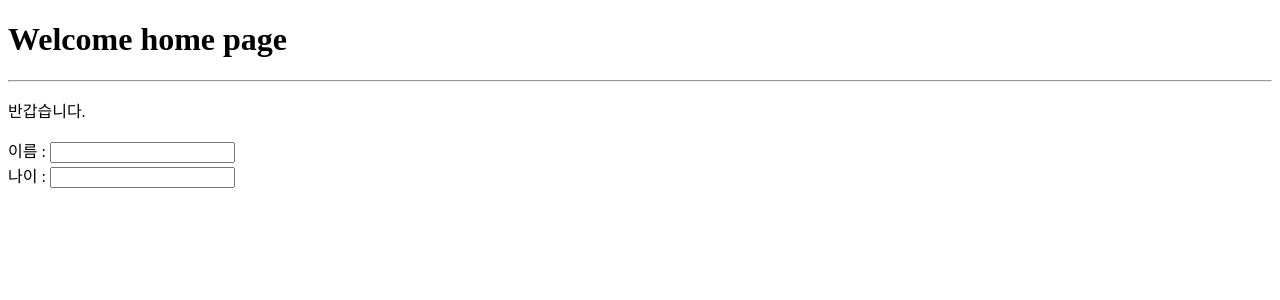
Repository: Cyoungju/workspace
Page: http://localhost/test/home.jsp
The author's editor kept a copy of each file at every save. The page is drawn from the files as they stood at one save, then again after the next save.
The browser window is 1280 px wide. The pictures show the whole page.
The page is served by Tomcat 9. Other server files are loaded and not shown.

Above is the page before, as saved 2024-01-31 05:17:52.

### ws-jsp-servlet/test/src/main/webapp/home.jsp
<%@ page language="java" contentType="text/html; charset=UTF-8"
    pageEncoding="UTF-8"%>
<!DOCTYPE html>
<html>
<head>
<meta charset="UTF-8">
<title>Insert title here</title>
</head>
<body>
	<h1>Welcome home page</h1>
	<hr>
	<div>
		<p>반갑습니다.</p>
	</div>
	<!-- 이름 나이 서버로 데이터 전송 -->
	<form action="" method="get">
		이름 : <input type="text" name="name"><br>
		나이 : <input type="text" name="age">
	</form>
</body>
</html>

After the next save:
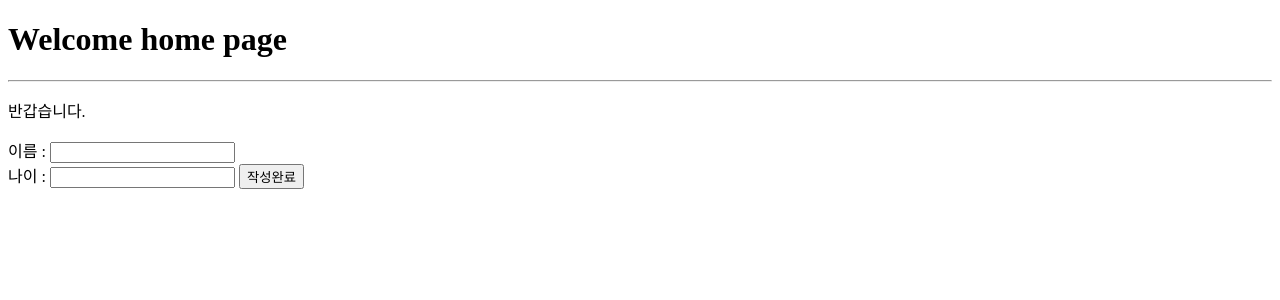
Saved 72 s later.
--- a/ws-jsp-servlet/test/src/main/webapp/home.jsp
+++ b/ws-jsp-servlet/test/src/main/webapp/home.jsp
@@ -16,6 +16,7 @@
 	<form action="" method="get">
 		이름 : <input type="text" name="name"><br>
 		나이 : <input type="text" name="age">
+		<input type="submit" value="작성완료">
 	</form>
 </body>
 </html>
